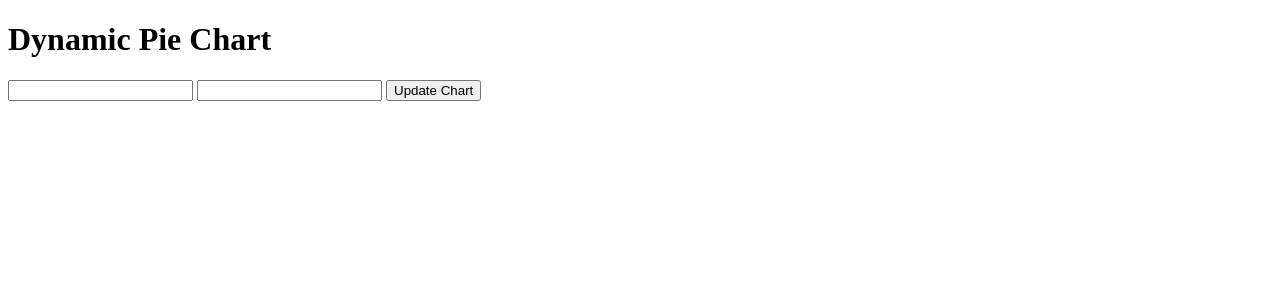
Repository: qtqqrdy13/circle-diogram
Page: index.html
An editor plug-in stored every save of this project. The page is shown before and after the next save, followed by the edit.
The browser window is 1280 px wide. The pictures show the whole page.

Above is the page before, as saved 2024-12-29 14:51:01.

### index.html
<!DOCTYPE html>
<html lang="en">

<head>
    <meta charset="UTF-8">
    <meta name="viewport" content="width=device-width, initial-scale=1.0">
    <title>Document</title>
</head>

<body>
    <div>
        <div class="global">
            <h1>Dynamic Pie Chart</h1>
            <input type="number" name="" id="">
            <input type="number" name="" id="">
            <button id="update">Update Chart</button>
        </div>
        <div id="char"></div>
        <div id="legend">
            <div><span class="green"></span></div>
            <div><span class="orange"></span></div>
            <div><span class="red"></span></div>
        </div>

    </div>
</body>

</html>

After the next save:
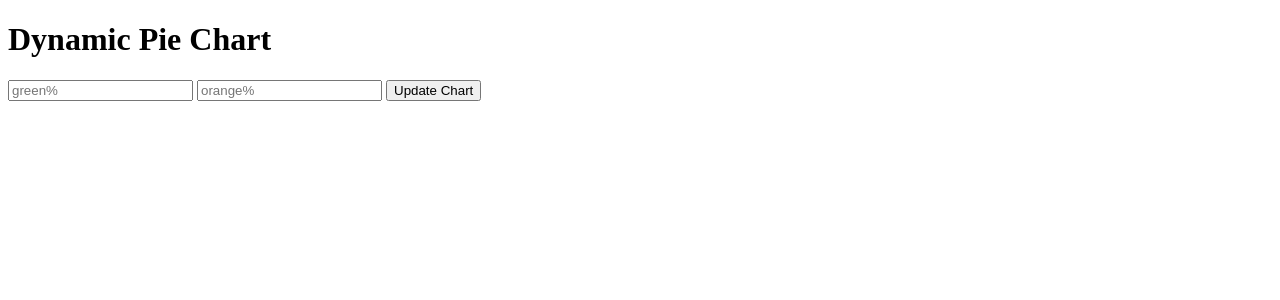
Saved 12 s later.
--- a/index.html
+++ b/index.html
@@ -11,9 +11,9 @@
     <div>
         <div class="global">
             <h1>Dynamic Pie Chart</h1>
-            <input type="number" name="" id="">
-            <input type="number" name="" id="">
-            <button id="update">Update Chart</button>
+            <input type="number" name="" id="green" max="100" placeholder="green%">
+            <input type="number" name="" id="orange" max="100" placeholder="orange%">
+            <button onclick="updateChart()">Update Chart</button>
         </div>
         <div id="char"></div>
         <div id="legend">
